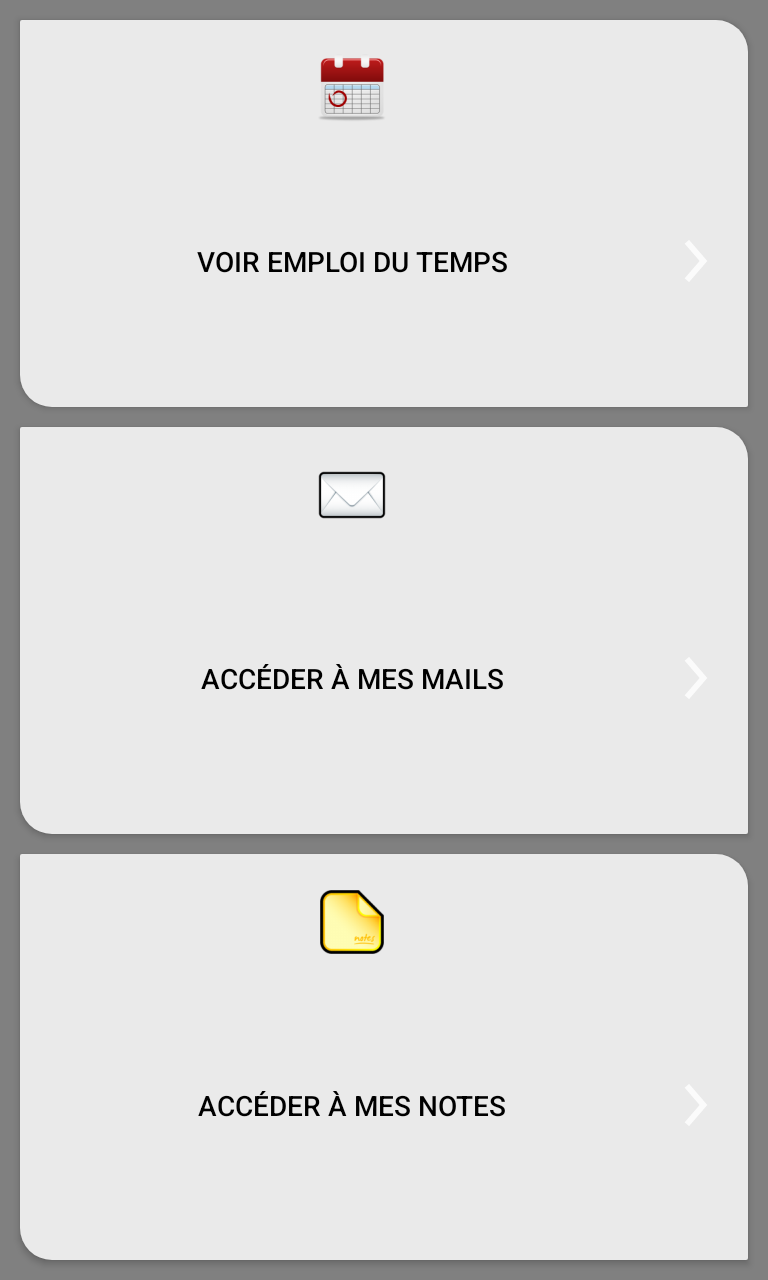
Repository: cpluuuusplus/WhoWantsKitKat
Layout: AppliPlus/res/layout/activity_menu_pamplemousse.xml
These files come from the project's save history. The layout is drawn as it stood at one moment and after the next save; the edit follows.
It is drawn on a 768 x 1280 px phone screen (xhdpi) without system bars, with theme Theme.AppCompat.Light; the app's code is not run.

Above is the layout before, as saved 2014-05-12 15:46:14.

After the next save:
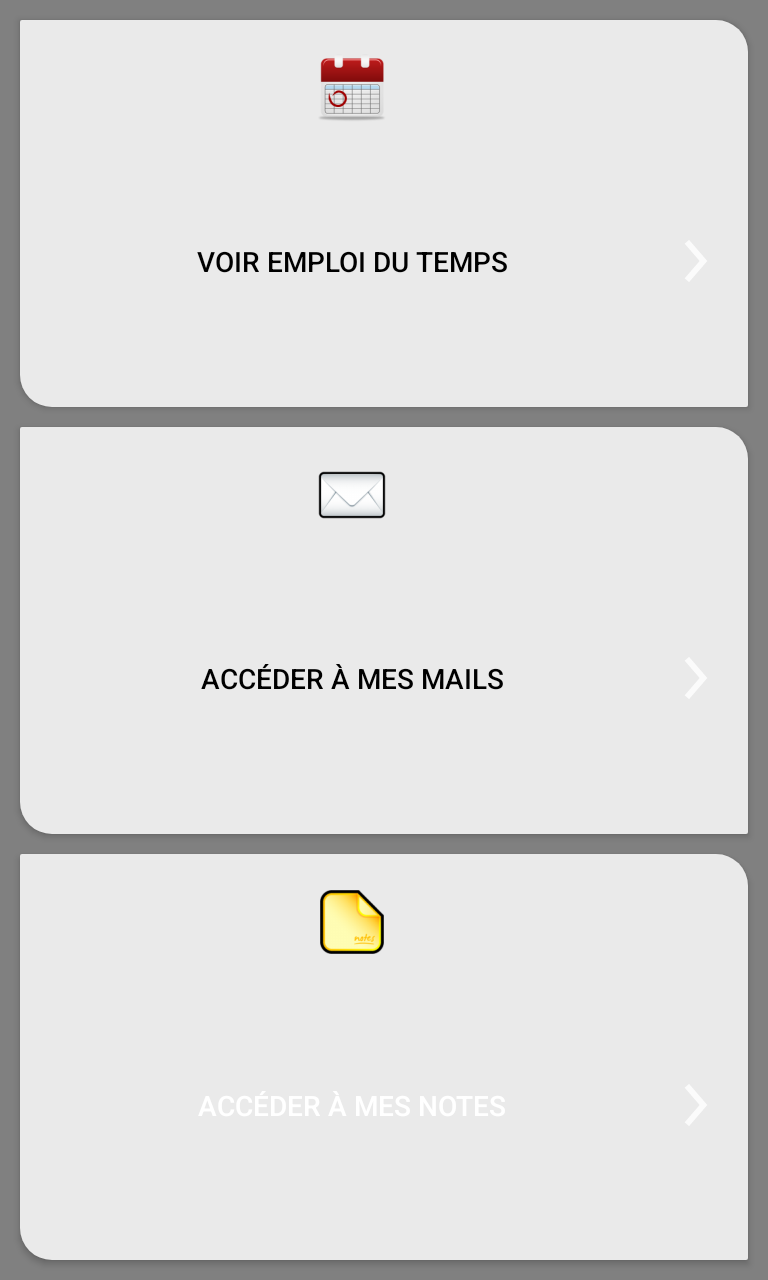
Saved 5 s later.
--- a/AppliPlus/res/layout/activity_menu_pamplemousse.xml
+++ b/AppliPlus/res/layout/activity_menu_pamplemousse.xml
@@ -47,6 +47,6 @@
         android:drawableTop="@drawable/marks"
         android:onClick="onClickNotes"
         android:text="Accéder à mes notes"
-        android:textColor="@color/black_color" />
+        android:textColor="@color/white" />
 
 </LinearLayout>
